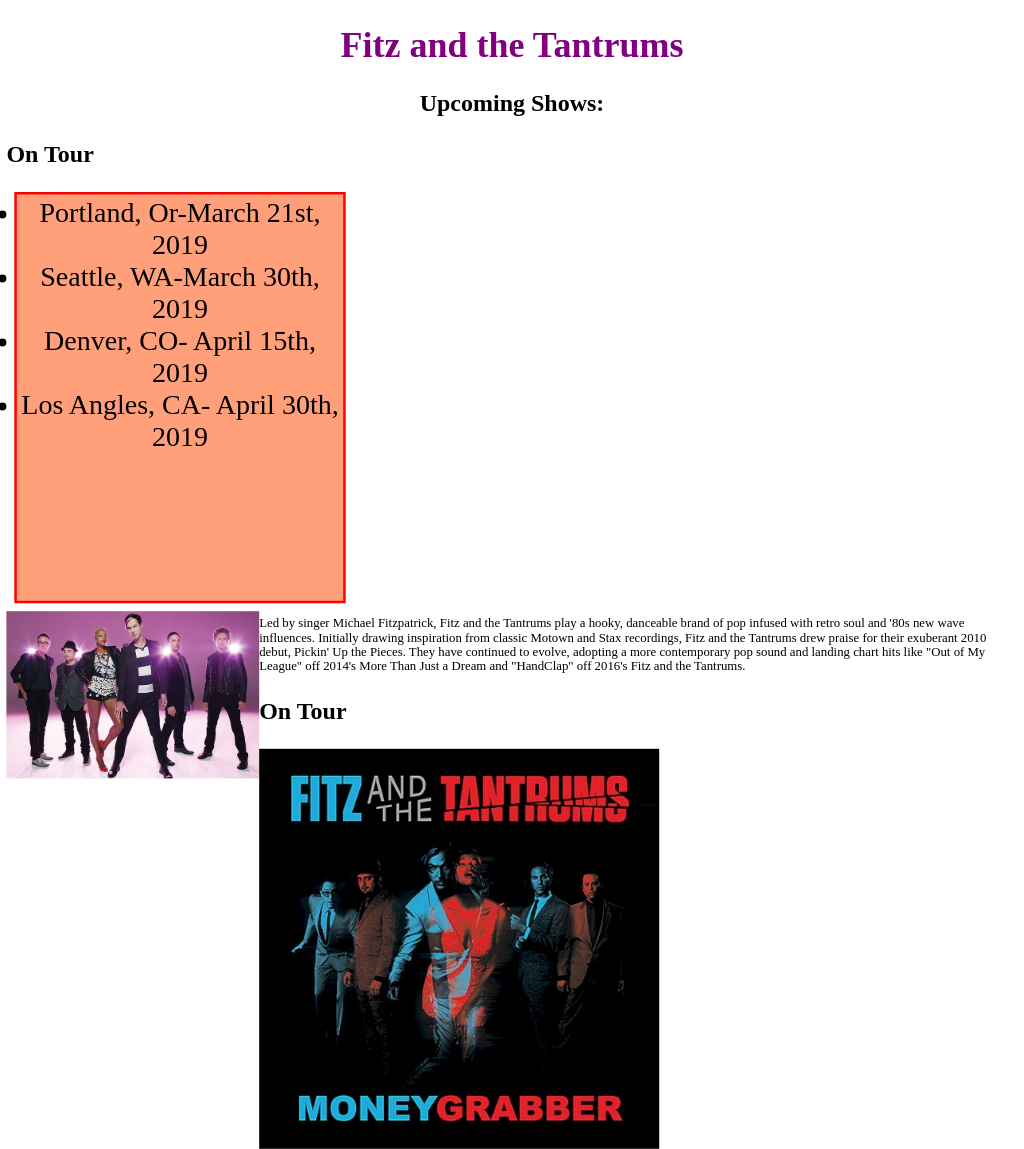
Repository: fieldceleste/Best-Vacation
Page: Desktop/favorite-band/favorite-band.html
The author's editor kept a copy of each file at every save. The page is drawn from the files as they stood at one save, then again after the next save.
The browser window is 1280 px wide. The pictures show the whole page, at 80% of full size.

Above is the page before, as saved 2019-10-28 18:52:44.

### Desktop/favorite-band/favorite-band.html
<!DOCTYPE html>
<html>
<head>
    <link href="css/styles.css" rel="stylesheet" type="text/css">
    <title> Bands Coming to Town</title>
</head>
    <body>
        <h1>Fitz and the Tantrums</h1>
        <div class="sidebar">
        <h2>Upcoming Shows:</h2>
        <h3>On Tour</h3>
        <ul class="special">
                <li>Portland, Or-March 21st, 2019</li>
                <li>Seattle, WA-March 30th, 2019</li>
                <li>Denver, CO- April 15th, 2019</li>
                <li>Los Angles, CA- April 30th, 2019</li>
            </ul>
        </div>




        <img class="img" src="img/fitz.jpeg" alt="picture of fitz and the tantrums">
       <p class="column">Led by singer Michael Fitzpatrick, Fitz and the Tantrums play a hooky, danceable
        brand of pop infused with retro soul and '80s new wave influences. Initially drawing
        inspiration from classic Motown and Stax recordings, Fitz and the Tantrums drew praise
        for their exuberant 2010 debut, Pickin' Up the Pieces. They have continued to evolve,
        adopting a more contemporary pop sound and landing chart hits like "Out of My League"
        off 2014's More Than Just a Dream and "HandClap" off 2016's Fitz and the Tantrums.</p>

        <h3>On Tour</h3>

        <img class=".img" src="img/moneygrabber.jpeg" alt="picture of album cover">
        </p>
       </div>
       </body>

</html>

### Desktop/favorite-band/css/styles.css
h1 {
    text-align: center;
    font-size: 45px;
    color: purple
}
h2 {
     font-size:30px;
     text-align: center;
}
h3{
    text-align: left, center;
    font-size: 30px;


}
ul.special {
    align-content:right ;
    margin: 10px;
    border: 3px solid red;
    padding: 4px;
    background-color: lightsalmon;
    box-sizing: content-box;
    width: 400px;
    height: 500px;
    text-align: right;
    text-align: center;
    font-size: 35px;
 }

ul {

}

img {
    float: left;

}

.img {

    float:left;
    width: 25%;
}

After the next save:
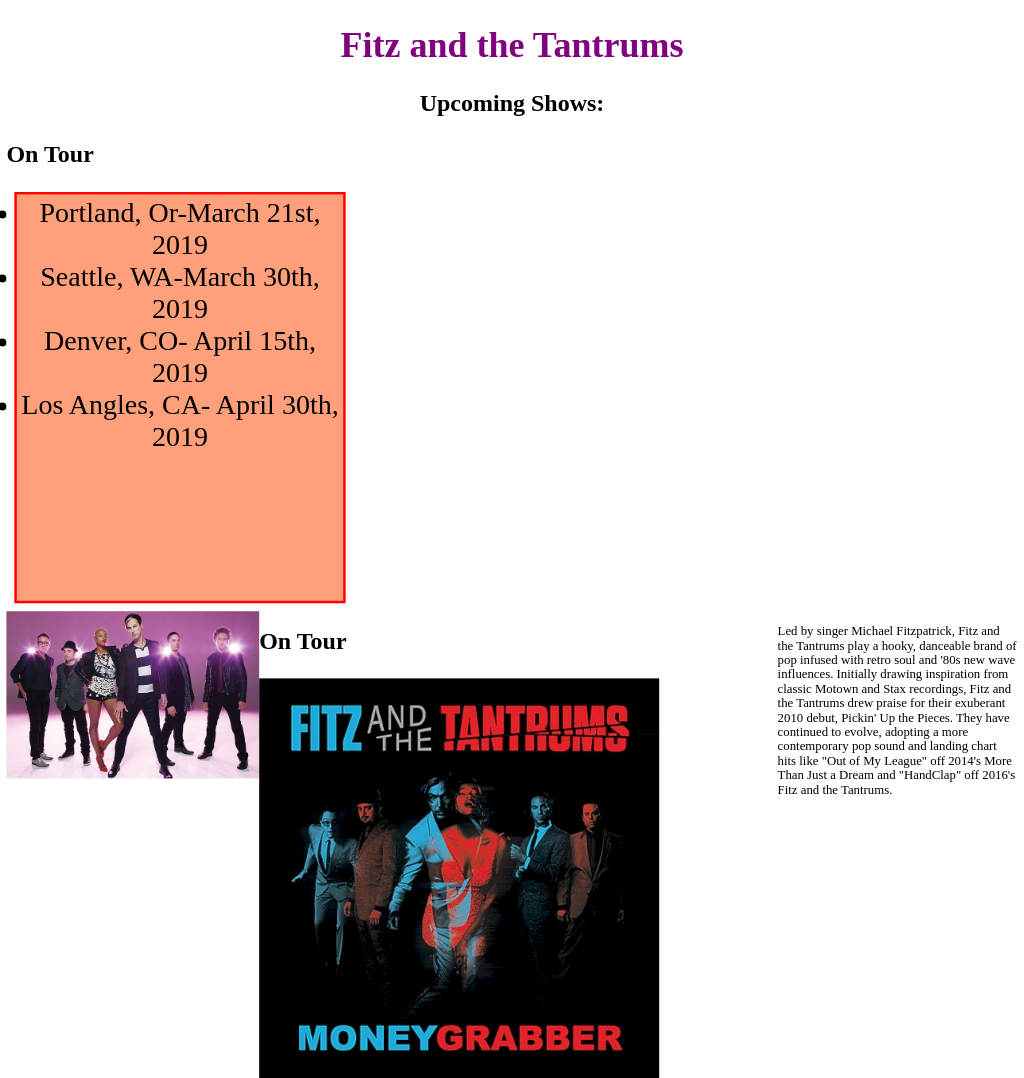
Saved 101 s later.
--- a/Desktop/favorite-band/css/styles.css
+++ b/Desktop/favorite-band/css/styles.css
@@ -25,12 +25,13 @@
     text-align: right;
     text-align: center;
     font-size: 35px;
- }
+}
 
-ul {
+.column {
+       width: 300px;
+       float:right;
 
 }
-
 img {
     float: left;
 
